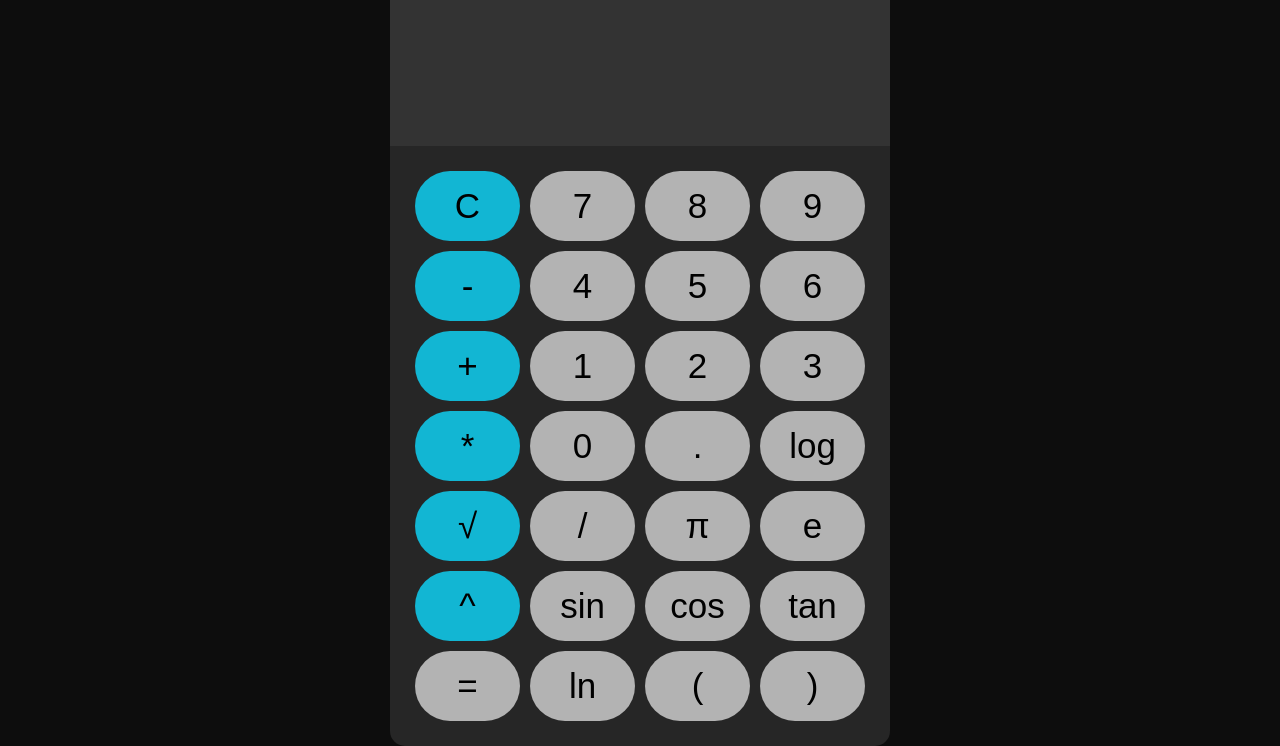
Repository: Haakim19/JavaScript
Page: Calculater/Main.html
These files come from the project's save history. The page is drawn as it stood at one moment and after the next save; the edit follows.
The browser window is 1280 px wide. The pictures show the whole page.

Above is the page before, as saved 2024-10-23 14:56:33.

### Calculater/Main.html
<!DOCTYPE html>
<html lang="en">
<head>
    <meta charset="UTF-8">
    <meta name="viewport" content="width=device-width, initial-scale=1.0">
    <title>Calculator</title>
    <link rel="stylesheet" href="Main.css">
</head>
<body>
    <div id="calculator">
        <div id="calculator-normal">
            <input id= "display1" readonly>
            <input id="display2" readonly>
            <div id="keys">
                <button onclick="clearDisplay()" class="operator-btn">C</button>
                <button onclick="appentToDisplay('7')">7</button>
                <button onclick="appentToDisplay('8')">8</button>
                <button onclick="appentToDisplay('9')">9</button>
                <button onclick="appentToDisplay('-')" class="operator-btn">-</button>
                <button onclick="appentToDisplay('4')">4</button>
                <button onclick="appentToDisplay('5')">5</button>
                <button onclick="appentToDisplay('6')">6</button>
                <button onclick="appentToDisplay('+')" class="operator-btn">+</button>
                <button onclick="appentToDisplay('1')">1</button>
                <button onclick="appentToDisplay('2')">2</button>
                <button onclick="appentToDisplay('3')">3</button>
                <button onclick="appentToDisplay('*')" class="operator-btn">*</button>
                <button onclick="appentToDisplay('0')">0</button>
                <button onclick="appentToDisplay('.')" >.</button>

                <button onclick="appentToDisplay('log10()')">log</button>
                <button onclick="appentToDisplay('sqrt')" class="operator-btn">√</button>
                <button onclick="appentToDisplay('/')">/</button>
                <button onclick="appendToDisplay('PI')">π</button>
                <button onclick="appentToDisplay('e()')">e</button>
                <button onclick="appendToDisplay('root')" class="operator-btn">^</button>
                <button onclick="appentToDisplay('sin')">sin</button>
                <button onclick="appentToDisplay('cos')">cos</button>
                <button onclick="appentToDisplay('tan')">tan</button>
                <button onclick="calculate()">=</button>
                <button onclick="appentToDisplay('ln')">ln</button>
                <button onclick="appentToDisplay(value)"><span>&#40;</span></button>
                <button onclick="appentToDisplay(value)"><span>&#41;</span></button>
            </div>
        </div>

    </div>
<script src="Main.js"></script>
</body>
</html>

### Calculater/Main.css
body{
    margin: 0;
    display: flex;
    justify-content: center;
    align-items: center;
    height: 100vh;
    background-color: hsl(0,0%, 5%);
    background-image: url();
}
#calculate{
    font-family:sans-serif;
    box-shadow: 0 4px 10px rgba(0, 0, 0, 0.1);
}
#calculator-normal{
    background-color: hsl(0, 0%, 15%);
    border-radius: 15px;
    max-width: 500px;
    overflow: hidden;
}

#display1{
    width: 100%;
    padding: 20px;
    font-size: 2rem;
    border: none;
    text-align: left;
    padding-right: -15px;
    color: white;
    background-color: hsl(0, 0%, 20%);

}
#display2{
    width: 100%;
    padding: 20px;
    font-size: 3rem;
    border: none;
    text-align: left;
    padding-right: -15px;
    color: white;
    background-color: hsl(0, 0%, 20%);

}
#keys{
    display: grid;
    grid-template-columns: repeat(4, 1fr);
    gap: 10px;
    padding: 25px;
}
/* #keys-normal{
    width: 80px;
    height: 60px;
    color: white;
    border-radius: 50px;
    border: none;
    font-size: 3rem;
    background-color: hsl(0, 0%, 30%);
    font-weight: bold;
    cursor: pointer;
} */
/* button{
    width: 80px;
    height: 60px;
    color: white;
    border-radius: 50px;
    border: none;
    font-size: 3rem;
    background-color: hsl(0, 0%, 30%);
    font-weight: bold;
    cursor: pointer;
} */
button{
    width: 100%;
    padding: 15px;
    font-size: 35px;
    border: none;
    border-radius: 40px;
    background-color: hsl(0, 0%, 70%);
    cursor: pointer;
    transition: background-color 0.5s;
    animation-duration:5s;
    animation-iteration-count: infinite;
}

button:hover{
    background-color: hsl(0, 0%, 40%);
}

button:active{
    background-color: hsl(0, 0%, 50%);
}

.operator-btn{
    background-color: hsl(189, 84%, 45%);
}

.operator-btn:hover{
    background-color: hsl(189, 84%, 65%);
}

.operator-btn:active{
    background-color: hsl(189, 84%, 75%);
}
@keyframes scale{
    0%{ background-color: hsl(0, 0%, 70%); }
    50%{
        background-color: hsl(0, 0%, 50%);
    }
    100%{
        background-color: hsl(0, 0%, 30%);
    }
}

### Calculater/Main.js
// const display1 = document.getElementById('display1');
// const display2 = document.getElementById('display2');

// function appentToDisplay(input){
//     display2.value += input;
// }
// function clearDisplay(){
//     display1.value = '';
//     display2.value = '';
// }
// function calculate(){
//     try{
//         let expression = display2.value
//         .replace(/sin/g, 'Math.sin()')
//         .replace(/cos/g, 'Math.cos()')
//         .replace(/tan/g, 'Math.tan()')
//         .replace(/√/g, 'Math.sqrt()')
//         .replace(/π/g, 'Math.PI')
//         .replace(/log/g, 'Math.log10()')
//         .replace(/ln/g, 'Math.log()')
//         .replace(/\^/g, '**');

//         display1.value = eval(display2.value);}
//     catch{
//         display2.value = 'Error';
//     }

// }
// Main.js

// Function to append values to the display
function appentToDisplay(value) {
    const display1 = document.getElementById("display1");
    const display2 = document.getElementById("display2");
    if (value === "π") {
        display2.value += Math.PI;
        console.log("PI");
    } else if (value === "e()") {
        display2.value += Math.E;
        // console.log("e");
    } else if (value === "log10()") {
        display2.value += Math.log10();
        // console.log("Log10");
    } else if (value === "sqrt()") {
        display2.value += Math.sqrt();
        // console.log("π");
    } else if (value === "sin()") {
        display2.value += Math.sin();
        // console.log("π");
    } else if (value === "cos()") {
        display2.value += Math.cos();
        // console.log("π");
    } else if (value === "tan()") {
        display2.value += Math.tan();
        // console.log("π");
    } else if (value === "ln()") {
        display2.value += Math.log();
        // console.log("π");
    } else {
        display2.value += value;
    }
}

// Function to clear the display
function clearDisplay() {
    document.getElementById("display1").value = "";
    document.getElementById("display2").value = "";
}

// Function to calculate the result
function calculate() {
    const display1 = document.getElementById("display1");
    const display2 = document.getElementById("display2");
    try {
        // Use eval to calculate the expression in display1
        let result = eval(display2.value);
        display1.value = result;
    } catch (error) {
        display2.value = "Error";
    }
}

// Additional functions for mathematical operations
function appendToDisplay(value) {

}

After the next save:
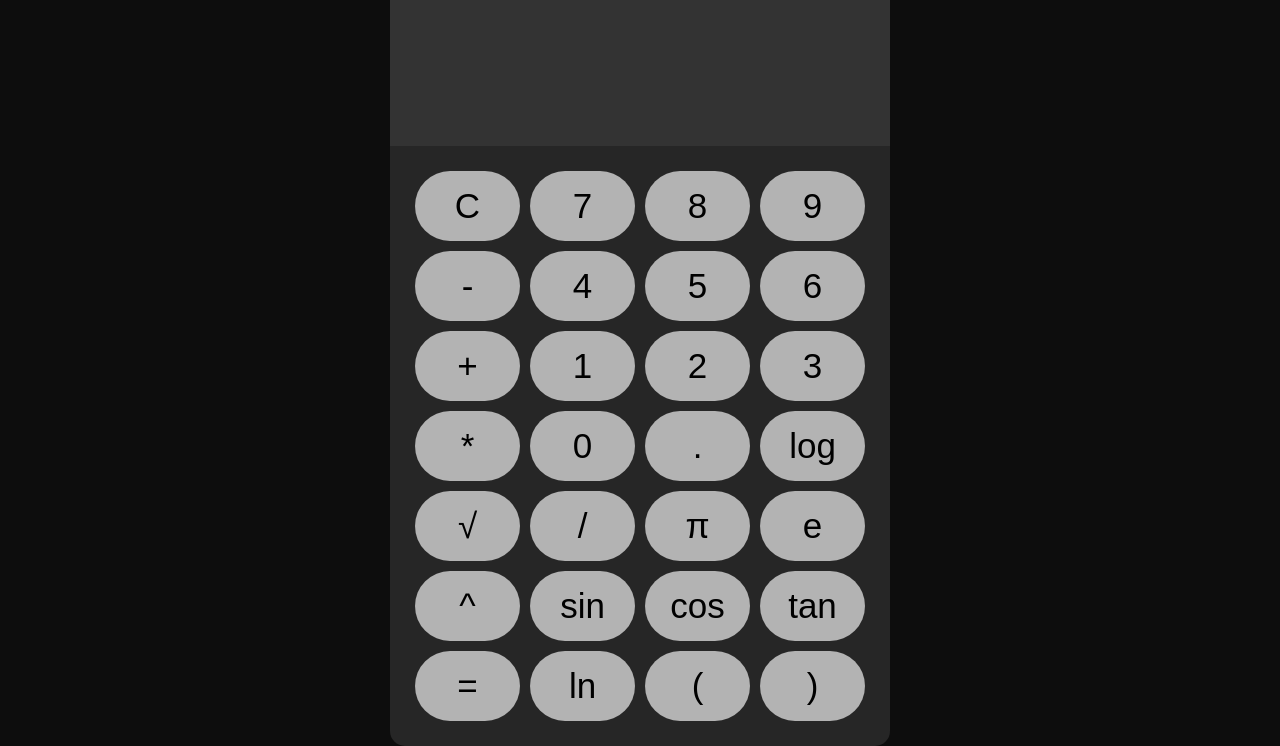
Saved 5 min 0 s later.
--- a/Calculater/Main.css
+++ b/Calculater/Main.css
@@ -77,6 +77,7 @@
     background-color: hsl(0, 0%, 70%);
     cursor: pointer;
     transition: background-color 0.5s;
+    animation: scale 5s infinite;
     animation-duration:5s;
     animation-iteration-count: infinite;
 }

After the 3 saves that followed:
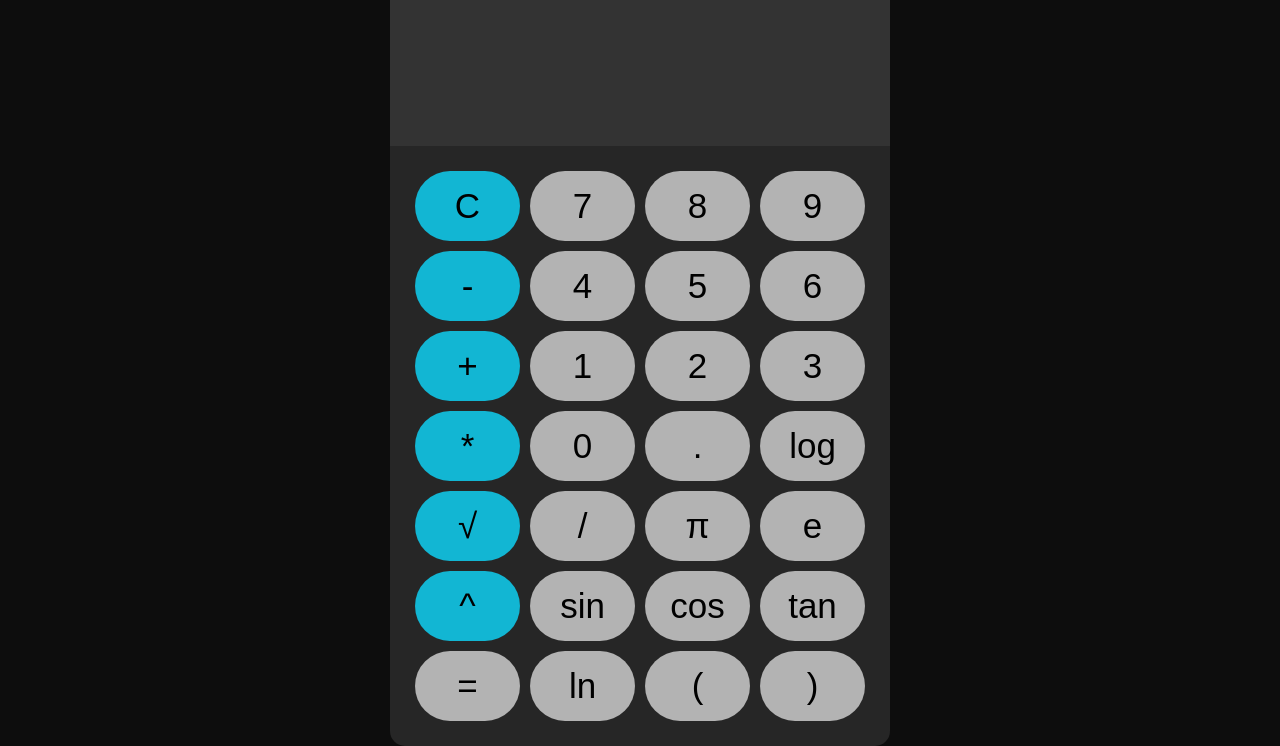
The 3 saves are shown as one change because 2 left the picture as it was.
The last was saved 57 s later.
--- a/Calculater/Main.css
+++ b/Calculater/Main.css
@@ -77,8 +77,7 @@
     background-color: hsl(0, 0%, 70%);
     cursor: pointer;
     transition: background-color 0.5s;
-    animation: scale 5s infinite;
-    animation-duration:5s;
+    /* animation: scale 5s infinite; */
     animation-iteration-count: infinite;
 }
 
